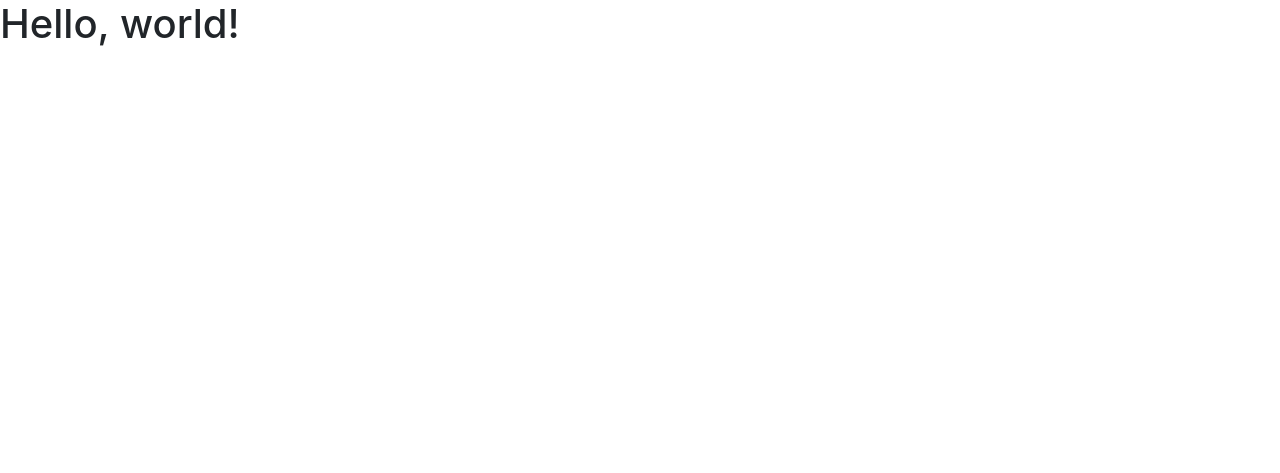
Repository: adrian9211/College_project
Page: contact.html
These files come from the project's save history. The page is drawn as it stood at one moment and after a run of saves; the edit follows.
The browser window is 1280 px wide. The pictures show the whole page.

Above is the page before, as saved 2020-10-28 14:20:40.

After the next 2 saves:
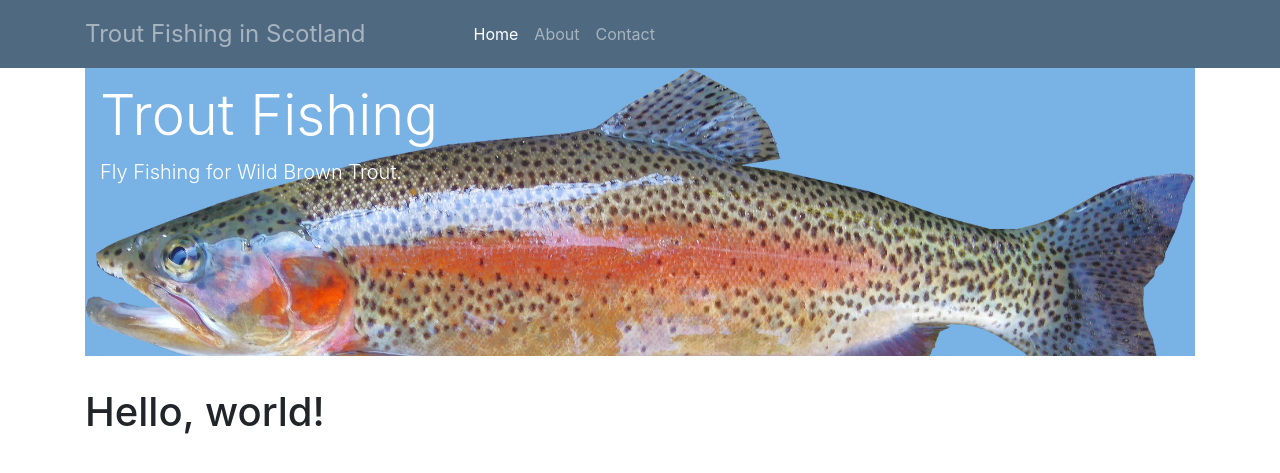
The 2 saves are shown as one change because they came seconds apart.
The last was saved 16 s later.
--- a/contact.html
+++ b/contact.html
@@ -12,8 +12,41 @@
     <title>Trout fishing in Scotland</title>
   </head>
   <body>
-    <h1>Hello, world!</h1>
+       <!-- Navigation  bar start -->
+       <nav class="navbar navbar-expand-md navbar-dark sticky-top" role="navigation" id="navbar2" style="background-color: #4F6980;">
+        <div class="container">
+          <a href="index.html"><span class="navbar-text">Trout Fishing in Scotland</span></a>
+          <button class="navbar-toggler" data-toggle="collapse" data-target="#collapse_target">
+            <span class="navbar-toggler-icon"></span>
+          </button>
+          <div class="collapse navbar-collapse" id="collapse_target">
+          <ul class="navbar-nav " >
+            <li class="nav-item active">
+              <a class="nav-link " href="index.html">Home </a>
+            </li>
+            <li class="nav-item ">
+              <a class="nav-link " href="about.html">About</a>
+            </li>
+            <li class="nav-item ">
+              <a class="nav-link " href="contact.html">Contact</a>
+            </li>
+          </ul>
+        </div>
+        </div>
+      </nav>
+      <!-- Navigation  bar end -->
+      <!-- Jumbotron start -->
+      <div class="container">
+        <div class="jumbotron jumbotron-fluid">
+            <div class="container alt">
+              <h1 class="display-4">Trout Fishing</h1>
+              <p class="lead">Fly Fishing for Wild Brown Trout.</p>
+            </div>
+        </div>
+      <!-- Jumbotron end -->
+        <h1>Hello, world!</h1>
 
+    </div>
     <!-- Scripts for bootstrap -->
     <script src="https://code.jquery.com/jquery-3.5.1.slim.min.js" integrity="sha384-DfXdz2htPH0lsSSs5nCTpuj/zy4C+OGpamoFVy38MVBnE+IbbVYUew+OrCXaRkfj" crossorigin="anonymous"></script>
     <script src="https://cdn.jsdelivr.net/npm/bootstrap@4.5.3/dist/js/bootstrap.bundle.min.js" integrity="sha384-ho+j7jyWK8fNQe+A12Hb8AhRq26LrZ/JpcUGGOn+Y7RsweNrtN/tE3MoK7ZeZDyx" crossorigin="anonymous"></script>
